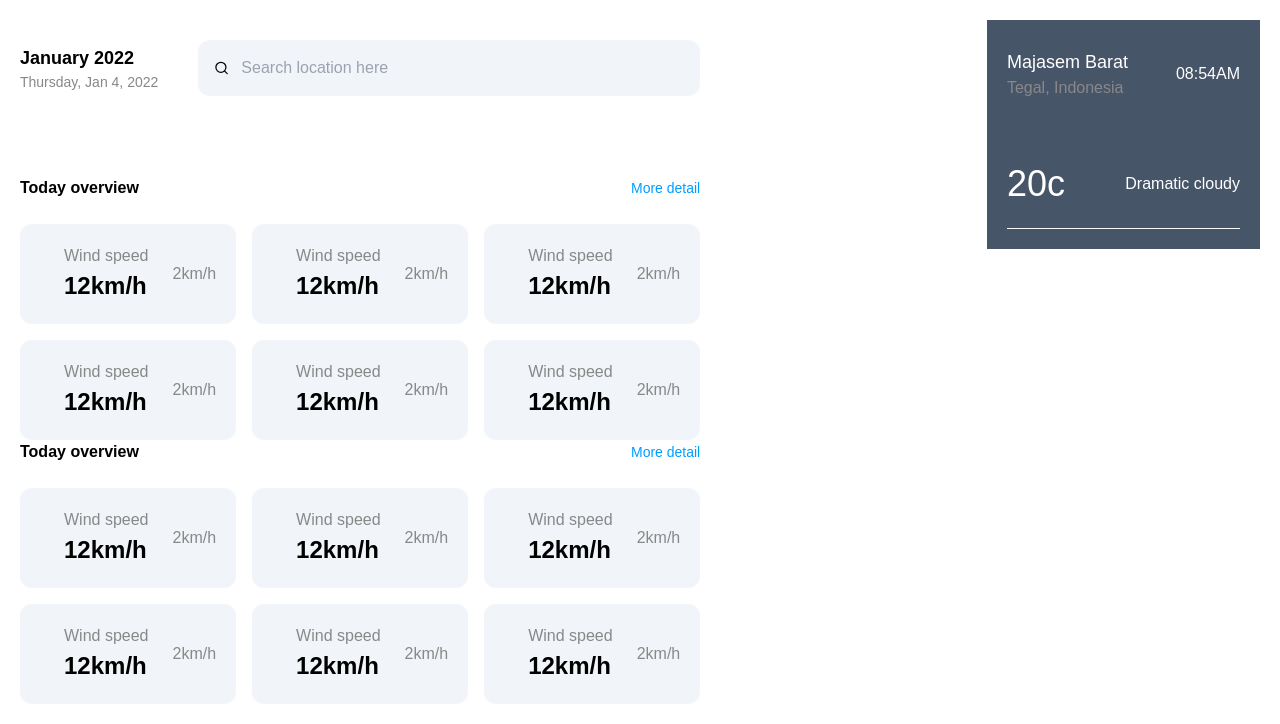
Repository: theweirdboiz/datawarehouse-ui
Page: /
The author's editor kept a copy of each file at every save. The page is drawn from the files as they stood at one save, then again after the next save.
The browser window is 1280 px wide. The pictures show the whole page.
The project was rebuilt for these pictures with package versions that can differ from the ones it lists, and the page was loaded fresh each time. Also part of the build but not shown: vite.config.js.

Above is the page before, as saved 2022-11-23 18:14:44.

### index.html
<!DOCTYPE html>
<html lang="en">
  <head>
    <meta charset="UTF-8" />
    <link rel="icon" type="image/svg+xml" href="/vite.svg" />
    <meta name="viewport" content="width=device-width, initial-scale=1.0" />
    <title>Weather - Datawarehouse</title>
  </head>
  <body>
    <div id="root"></div>
    <script type="module" src="/src/main.jsx"></script>
  </body>
</html>

### src/App.jsx
import { useState } from "react";
import { FiSearch } from "react-icons/fi";

function App() {
  const date = "font-[900] text-lg";
  const detailDate = "text-sm text-[#888]";

  const contentTop = "mt-[20px] flex items-center gap-x-10 mb-20";
  const contentSearch =
    "content__search p-4 flex items-center gap-x-3 flex-1 rounded-xl bg-slate-100";

  return (
    <div className="p-5 mx-auto max-w-7xl">
      <div className="flex justify-between">
        <section className="content max-w-3xl">
          <div className={contentTop}>
            <div className="flex-col">
              <h3 className={date}>January 2022</h3>
              <div className={detailDate}>Thursday, Jan 4, 2022</div>
            </div>
            <div className={contentSearch}>
              <FiSearch />
              <input
                className="w-full bg-transparent"
                type="text"
                placeholder="Search location here"
              />
            </div>
          </div>
          <div className="content__detail">
            <div className="flex items-center justify-between">
              <h4 className="font-semibold">Today overview</h4>
              <div className="">
                <button className="text-sm font-medium text-[#009EFF]">
                  More detail
                </button>
              </div>
            </div>
            <div>
              <div className="content__detail-box grid grid-cols-3 gap-4 mt-6">
                <div className="content__detail-item p-5 flex items-center gap-x-6 bg-slate-100 rounded-xl">
                  <i></i>
                  <div className="speed flex flex-col">
                    <h4 className="text-[#888]">Wind speed</h4>
                    <span className="text-[24px] font-semibold">12km/h</span>
                  </div>
                  <span className="text-[#888]">2km/h</span>
                </div>
                <div className="content__detail-item p-5 flex items-center gap-x-6 bg-slate-100 rounded-xl">
                  <i></i>
                  <div className="speed flex flex-col">
                    <h4 className="text-[#888]">Wind speed</h4>
                    <span className="text-[24px] font-semibold">12km/h</span>
                  </div>
                  <span className="text-[#888]">2km/h</span>
                </div>
                <div className="content__detail-item p-5 flex items-center gap-x-6 bg-slate-100 rounded-xl">
                  <i></i>
                  <div className="speed flex flex-col">
                    <h4 className="text-[#888]">Wind speed</h4>
                    <span className="text-[24px] font-semibold">12km/h</span>
                  </div>
                  <span className="text-[#888]">2km/h</span>
                </div>
                <div className="content__detail-item p-5 flex items-center gap-x-6 bg-slate-100 rounded-xl">
                  <i></i>
                  <div className="speed flex flex-col">
                    <h4 className="text-[#888]">Wind speed</h4>
                    <span className="text-[24px] font-semibold">12km/h</span>
                  </div>
                  <span className="text-[#888]">2km/h</span>
                </div>
                <div className="content__detail-item p-5 flex items-center gap-x-6 bg-slate-100 rounded-xl">
                  <i></i>
                  <div className="speed flex flex-col">
                    <h4 className="text-[#888]">Wind speed</h4>
                    <span className="text-[24px] font-semibold">12km/h</span>
                  </div>
                  <span className="text-[#888]">2km/h</span>
                </div>
                <div className="content__detail-item p-5 flex items-center gap-x-6 bg-slate-100 rounded-xl">
                  <i></i>
                  <div className="speed flex flex-col">
                    <h4 className="text-[#888]">Wind speed</h4>
                    <span className="text-[24px] font-semibold">12km/h</span>
                  </div>
                  <span className="text-[#888]">2km/h</span>
                </div>
              </div>
            </div>
          </div>
          <div className="content__detail">
            <div className="flex items-center justify-between">
              <h4 className="font-semibold">Today overview</h4>
              <div className="">
                <button className="text-sm font-medium text-[#009EFF]">
                  More detail
                </button>
              </div>
            </div>
            <div>
              <div className="content__detail-box grid grid-cols-3 gap-4 mt-6">
                <div className="content__detail-item p-5 flex items-center gap-x-6 bg-slate-100 rounded-xl">
                  <i></i>
                  <div className="speed flex flex-col">
                    <h4 className="text-[#888]">Wind speed</h4>
                    <span className="text-[24px] font-semibold">12km/h</span>
                  </div>
                  <span className="text-[#888]">2km/h</span>
                </div>
                <div className="content__detail-item p-5 flex items-center gap-x-6 bg-slate-100 rounded-xl">
                  <i></i>
                  <div className="speed flex flex-col">
                    <h4 className="text-[#888]">Wind speed</h4>
                    <span className="text-[24px] font-semibold">12km/h</span>
                  </div>
                  <span className="text-[#888]">2km/h</span>
                </div>
                <div className="content__detail-item p-5 flex items-center gap-x-6 bg-slate-100 rounded-xl">
                  <i></i>
                  <div className="speed flex flex-col">
                    <h4 className="text-[#888]">Wind speed</h4>
                    <span className="text-[24px] font-semibold">12km/h</span>
                  </div>
                  <span className="text-[#888]">2km/h</span>
                </div>
                <div className="content__detail-item p-5 flex items-center gap-x-6 bg-slate-100 rounded-xl">
                  <i></i>
                  <div className="speed flex flex-col">
                    <h4 className="text-[#888]">Wind speed</h4>
                    <span className="text-[24px] font-semibold">12km/h</span>
                  </div>
                  <span className="text-[#888]">2km/h</span>
                </div>
                <div className="content__detail-item p-5 flex items-center gap-x-6 bg-slate-100 rounded-xl">
                  <i></i>
                  <div className="speed flex flex-col">
                    <h4 className="text-[#888]">Wind speed</h4>
                    <span className="text-[24px] font-semibold">12km/h</span>
                  </div>
                  <span className="text-[#888]">2km/h</span>
                </div>
                <div className="content__detail-item p-5 flex items-center gap-x-6 bg-slate-100 rounded-xl">
                  <i></i>
                  <div className="speed flex flex-col">
                    <h4 className="text-[#888]">Wind speed</h4>
                    <span className="text-[24px] font-semibold">12km/h</span>
                  </div>
                  <span className="text-[#888]">2km/h</span>
                </div>
              </div>
            </div>
          </div>
        </section>
        <section className="content__right text-white">
          <div className="bg-slate-600 p-5">
            <div className="flex items-center gap-x-12 justify-between mt-2 mb-5 ">
              <div className="flex flex-col">
                <h3 className="text-lg">Majasem Barat</h3>
                <span className="text-[#888]">Tegal, Indonesia</span>
              </div>
              <h4>08:54AM</h4>
            </div>
            <div className="mt-16 flex justify-between items-center border-b-[1px] border-[#f8f8f8] pb-6">
              <div className="">
                <h2 className="text-4xl">20c</h2>
              </div>
              <h3>Dramatic cloudy</h3>
            </div>
          </div>
        </section>
      </div>
    </div>
  );
}

export default App;

### src/index.scss
@tailwind base;
@tailwind components;
@tailwind utilities;

@layer base {
  @import url("https://fonts.googleapis.com/css2?family=Poppins:wght@300;500;600;900&display=swap");

  *,
  *::before,
  *::after {
    box-sizing: border-box;
  }
  * {
    margin: 0;
    padding: 0;
  }
  body {
    line-height: 1.5;
    font-family: "Poppins", sans-serif;
  }
  img,
  picture,
  video,
  canvas,
  svg {
    display: block;
    max-width: 100%;
  }
  input,
  button,
  textarea,
  select {
    outline: none;
  }
  p,
  h1,
  h2,
  h3,
  h4,
  h5,
  h6 {
    overflow-wrap: break-word;
  }
}

Loaded but not shown: src/main.jsx (common file); tailwind.config.cjs (common file)

After the next save:
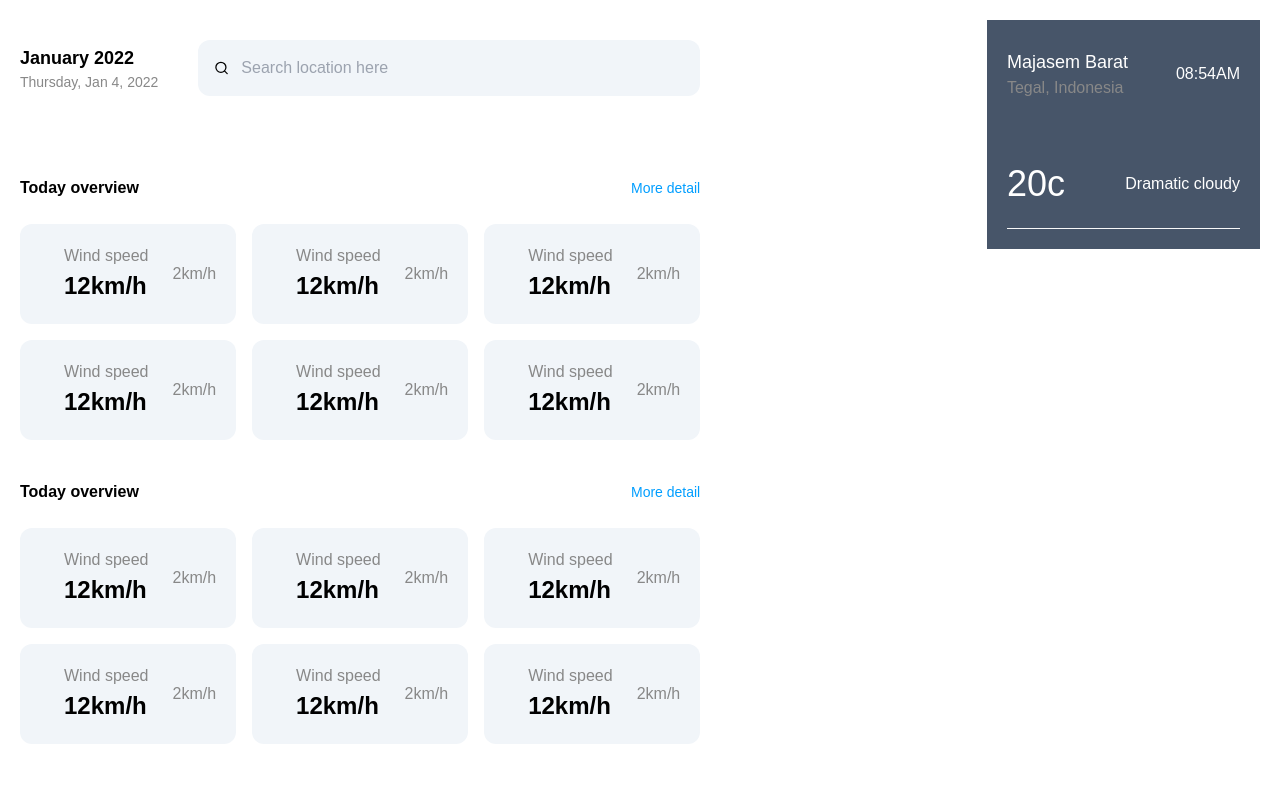
Saved 30 s later.
--- a/src/App.jsx
+++ b/src/App.jsx
@@ -27,7 +27,7 @@ function App() {
               />
             </div>
           </div>
-          <div className="content__detail">
+          <div className="content__detail mb-10">
             <div className="flex items-center justify-between">
               <h4 className="font-semibold">Today overview</h4>
               <div className="">
@@ -89,7 +89,7 @@ function App() {
               </div>
             </div>
           </div>
-          <div className="content__detail">
+          <div className="content__detail mb-10">
             <div className="flex items-center justify-between">
               <h4 className="font-semibold">Today overview</h4>
               <div className="">
